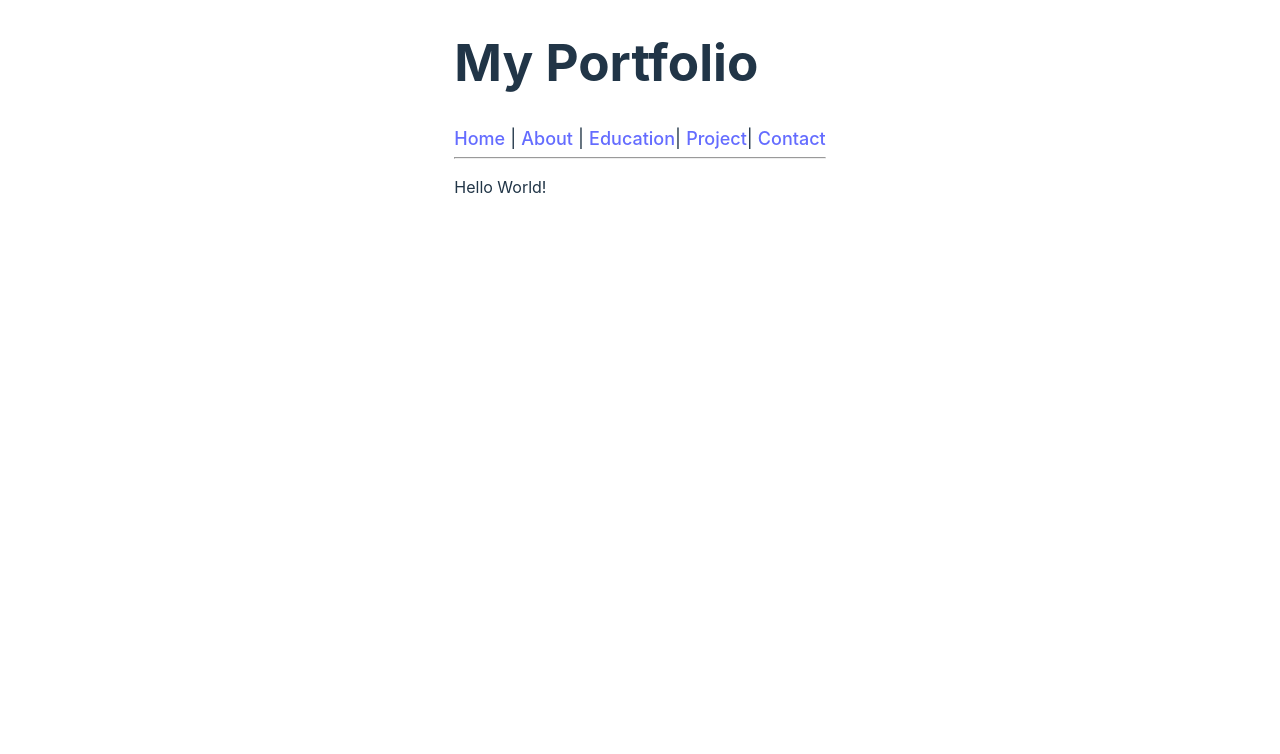
Repository: Viditv68/VIditRawat_Portfolio.github.io
Page: / (app in client/)
An editor plug-in stored every save of this project. The page is shown before and after a run of saves, followed by the edit.
The browser window is 1280 px wide. The pictures show the whole page.
The project was rebuilt for these pictures with package versions that can differ from the ones it lists, and the page was loaded fresh each time. Also part of the build but not shown: client/vite.config.js, client/src/about.jsx, client/src/contact.jsx, client/src/education.jsx, client/src/project.jsx.

Above is the page before, as saved 2023-12-17 22:44:07.

After the next 3 saves:
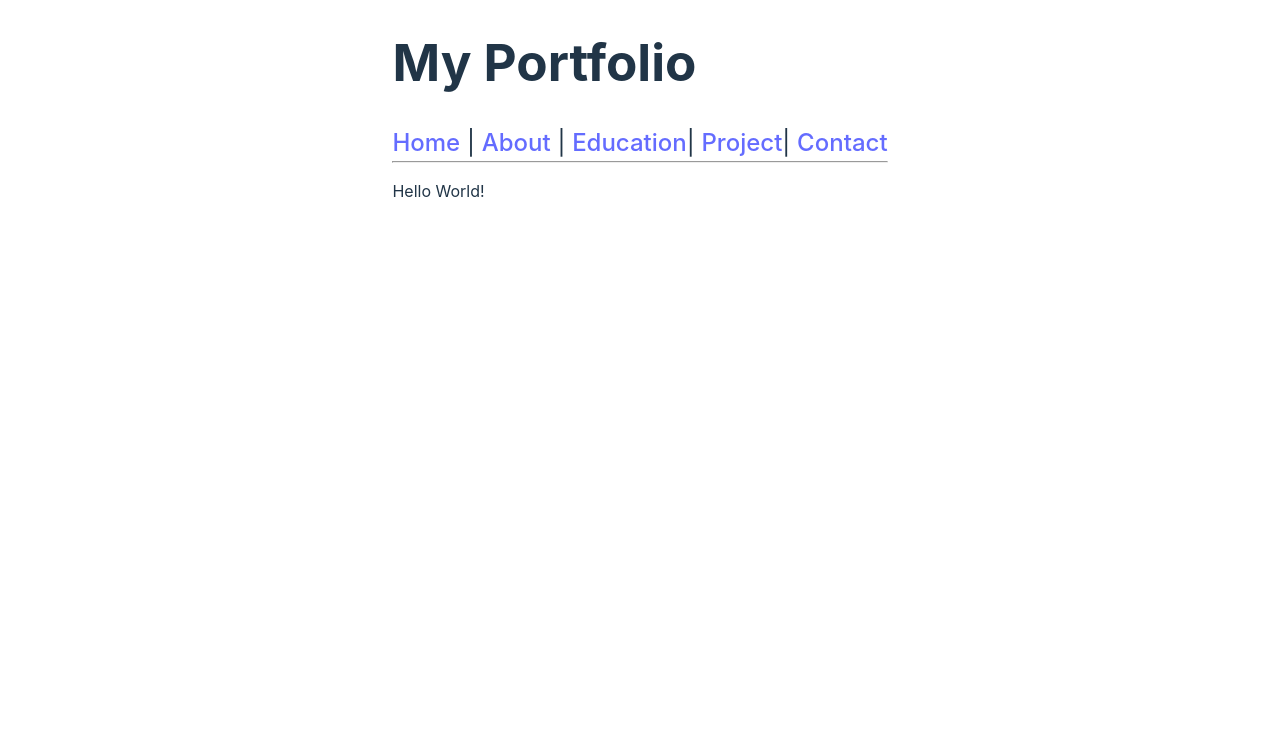
The 3 saves are shown as one change because they came seconds apart.
The last was saved 21 s later.
--- a/client/src/index.css
+++ b/client/src/index.css
@@ -69,7 +69,7 @@ button:focus-visible {
 
 nav {
 float:right;
-font-size: large;
+font-size:x-large;
 }
 nav li{
   text:bold;
